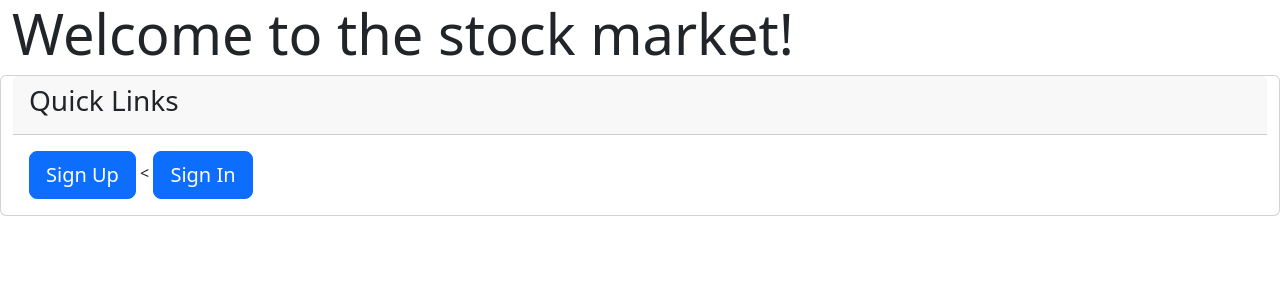
Repository: abdelbaset99/StockMarket
Page: / (app in stockmarket/)
The author's editor kept a copy of each file at every save. The page is drawn from the files as they stood at one save, then again after a run of saves.
The browser window is 1280 px wide. The pictures show the whole page.
The project was rebuilt for these pictures with package versions that can differ from the ones it lists, and the page was loaded fresh each time. Also part of the build but not shown: stockmarket/angular.json, stockmarket/src/app/orders/orders.component.ts, stockmarket/src/app/order.service.ts, stockmarket/src/app/stocks/stocks.component.ts, stockmarket/src/app/stock.service.ts.

Above is the page before, as saved 2023-07-13 12:49:07.

After the next 2 saves:
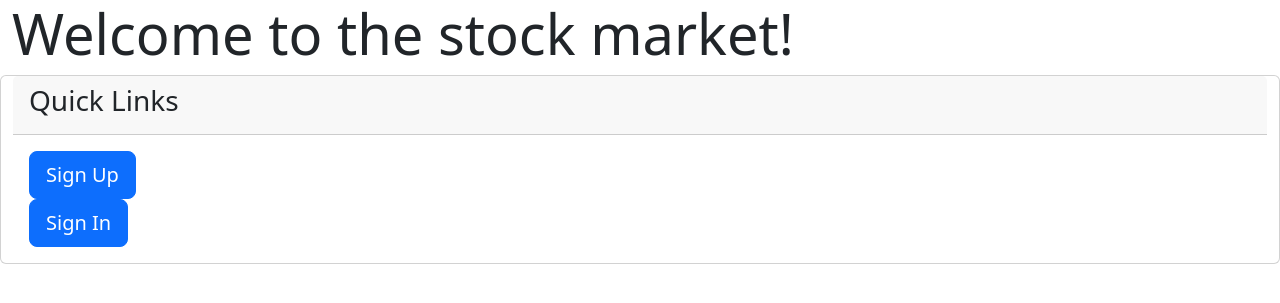
The 2 saves are shown as one change because they came seconds apart.
The last was saved 5 s later.
--- a/stockmarket/src/app/home/home.component.html
+++ b/stockmarket/src/app/home/home.component.html
@@ -21,7 +21,7 @@
           <!-- <a class="btn btn-primary btn-lg btn-block" routerLink="/stocks">View Stocks</a>
             <a class="btn btn-secondary btn-lg btn-block" routerLink="/orders">View Orders</a> -->
           <a class="btn btn-primary btn-lg btn-block" (click)="signUp.showModal()">Sign Up</a>
-<
+          <br>
           <a class="btn btn-primary btn-lg btn-block" (click)="signIn.showModal()">Sign In</a>
         </div>
 
@@ -41,17 +41,18 @@
         <form (ngSubmit)="onSignUpSubmit(myForm)" #myForm="ngForm" method="post">
           <div class="form-group">
             <label class="label-style" for="newUserName">User Name</label>
-            <input type="text" id="newUserName" name="newUserName" placeholder="Enter your username: " [(ngModel)]="newUserName" required
-              class="form-control">
+            <input type="text" id="newUserName" name="newUserName" placeholder="Enter your username: "
+              [(ngModel)]="newUserName" required class="form-control">
           </div>
           <div class="form-group">
             <label class="label-style" for="newPassword">Password</label>
-            <input type="password" id="newPassword" name="newPassword" placeholder="Enter your password: " [(ngModel)]="newPassword" required
-              class="form-control">
+            <input type="password" id="newPassword" name="newPassword" placeholder="Enter your password: "
+              [(ngModel)]="newPassword" required class="form-control">
           </div>
           <div class="form-group">
             <label class="label-style" for="newEmail">Email</label>
-            <input type="email" id="newEmail" name="newEmail" placeholder="Enter your email: " [(ngModel)]="newEmail" required class="form-control">
+            <input type="email" id="newEmail" name="newEmail" placeholder="Enter your email: " [(ngModel)]="newEmail"
+              required class="form-control">
           </div>
           <br>
           <button class="btn btn-primary btn-block" type="submit" (click)="signUp.close()">Sign Up</button>
@@ -82,8 +83,8 @@
           </div>
           <div class="form-group">
             <label class="label-style" for="email">Email</label>
-            <input type="email" id="email" name="email" placeholder="Enter your email: " [(ngModel)]="email"
-              required class="form-control">
+            <input type="email" id="email" name="email" placeholder="Enter your email: " [(ngModel)]="email" required
+              class="form-control">
           </div>
           <br>
           <button class="btn btn-primary btn-block" type="submit" (click)="signIn.close()">Sign In</button>
